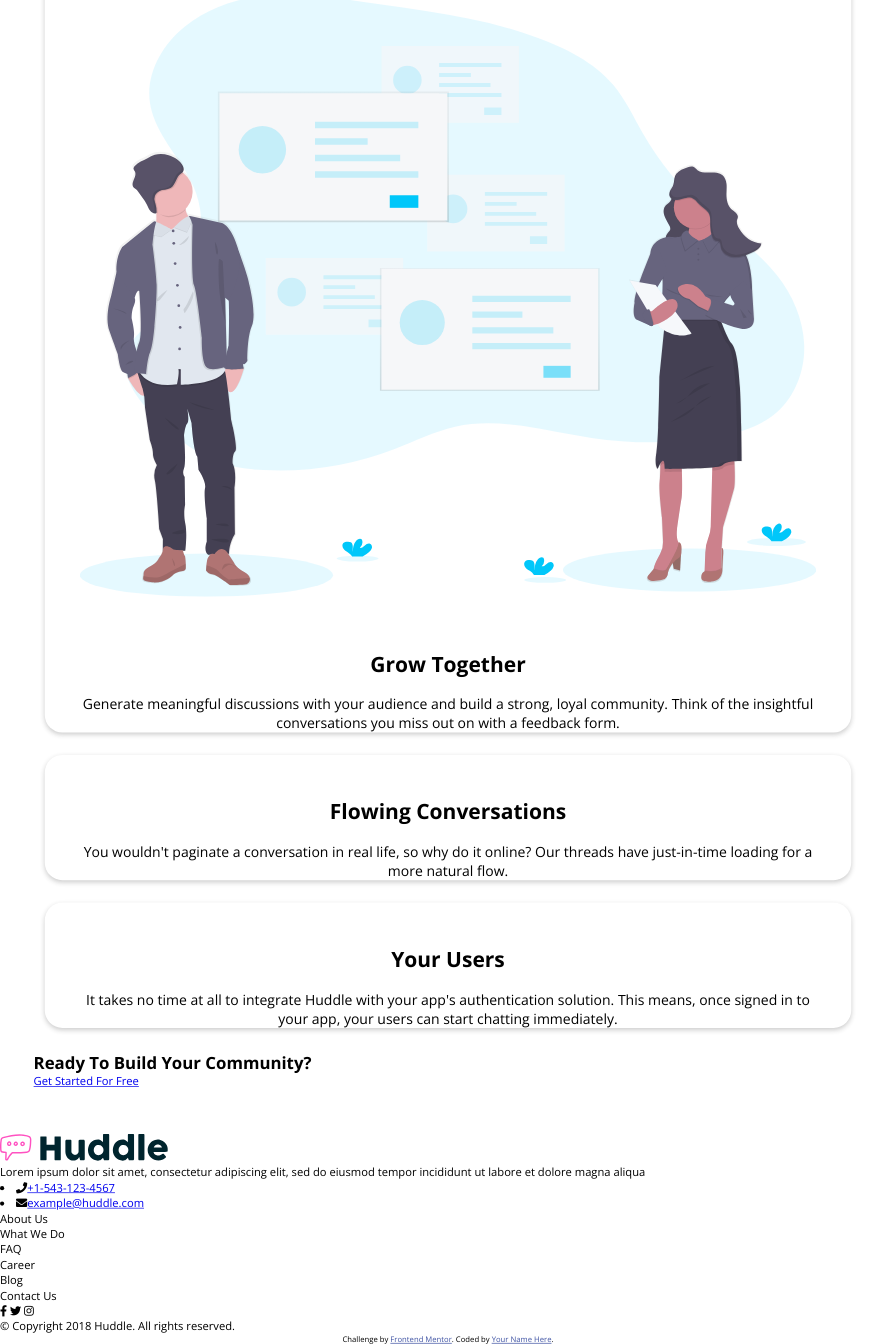
Repository: DejV44/Huddle-landing-page
Page: index.html
These files come from the project's save history. The page is drawn as it stood at one moment and after the next save; the edit follows.
The browser window is 1280 px wide. The pictures show the part of the page from y = 1569 to 3489 px (the page is 3489 px tall), at 70% of full size.
The style sheet was rebuilt from its Sass, Less or Tailwind sources for each picture, by a compiler version that may differ from the author's.

Above is the page before, as saved 2021-08-15 22:29:15.

### index.html
<!DOCTYPE html>
<html lang="en">
<head>
  <meta charset="UTF-8">
  <meta name="viewport" content="width=device-width, initial-scale=1.0"> <!-- displays site properly based on user's device -->
  <link rel="stylesheet" href="/css/style.css">
  <link rel="stylesheet" href="/fontawesome-free-5.15.3-web/css/all.css">
  <link rel="icon" type="image/png" sizes="32x32" href="./images/favicon-32x32.png">

  <title>Frontend Mentor | Huddle landing page with alternating feature blocks</title>

</head>
<body>
  <header>
    <div class="nav">
      <div class="logo">
        <img src="/images/logo.svg" alt="logo">
      </div>
      <a href="#">Try It Free</a>
    </div>
    <content class="main">
      <article class="building">
        <h1>Build The Community Your Fans Will Love</h1>
        <h3> Huddle re-imagines the way we build communities. You have a voice, but so does your audience.
        Create connections with your users as you engage in genuine discussion.</h3>
        <a class="main-btn" href="#">Get Started For Free</a>
      </article>
      <div class="img-main">
        <img class="img" src="/images/illustration-mockups.svg" alt="">
      </div>
    </content>

  </header>
  <section class="cards">
    <div class="card-one">
      <div class="img-cards">
        <img src="/images/illustration-grow-together.svg" alt="">
      </div>
      <content class="card">
        <h2>Grow Together</h2>
        <p>Generate meaningful discussions with your audience and build a strong, loyal community.
        Think of the insightful conversations you miss out on with a feedback form.</p>
      </content>
    </div>
    <div class="card-two">
      <div class="img-cards"></div>
      <content class="card">
        <h2>Flowing Conversations</h2>
        <p>You wouldn't paginate a conversation in real life, so why do it online? Our threads
        have just-in-time loading for a more natural flow.</p>
      </content>
    </div>
    <div class="card-three">
      <div class="img-cards"></div>
      <content class="card">
        <h2>Your Users</h2>
        <p>It takes no time at all to integrate Huddle with your app's authentication solution.
        This means, once signed in to your app, your users can start chatting immediately.</p>
      </content>
    </div>
    <container class="ready">
      <h2>Ready To Build Your Community?</h2>
      <a href="#">Get Started For Free</a>
    </div>
  </section>
  <foother>
    <container class="foother">
      <div class="section1">
        <img src="/images/logo.svg" alt="logo">
        <p>Lorem ipsum dolor sit amet, consectetur adipiscing elit, sed do eiusmod tempor
        incididunt ut labore et dolore magna aliqua</p>
        <li><i class="fa fa-phone" aria-hidden="true"></i><a href="tel:+1-543-123-4567">+1-543-123-4567</a></li>
        <li><i class="fa fa-envelope" aria-hidden="true"></i><a href="example@huddle.com">example@huddle.com</a></li>
      </div>
      <div class="section2">
        <ul>
          <li>About Us</li>
          <li>What We Do</li>
          <li>FAQ</li>
        </ul>
      </div>
      <div class="section3">
        <ul>
          <li>Career</li>
          <li>Blog</li>
          <li>Contact Us</li>
        </ul>
      </div>
      <div class="copyright">
        <div class="social">
          <span><i class="fab fa-facebook-f"></i></span>
          <span><i class="fab fa-twitter"></i></span>
          <span><i class="fab fa-instagram"></i></span>
        </div>
        <p>&copy; Copyright 2018 Huddle. All rights reserved.</p>
      </div>
    </container>
  </foother>













  <footer>
    <p class="attribution">
      Challenge by <a href="https://www.frontendmentor.io?ref=challenge" target="_blank">Frontend Mentor</a>.
      Coded by <a href="#">Your Name Here</a>.
    </p>
  </footer>
</body>
</html>

### css/style.scss
* {
    margin: 0;
    padding: 0;
    //font-family: 'Poppins', sans-serif;
}

body {
    font-family: 'Open Sans', sans-serif;
}

// ---FONTS---
@import url('https://fonts.googleapis.com/css2?family=Open+Sans:wght@400;700&display=swap');
@import url('https://fonts.googleapis.com/css2?family=Poppins:wght@600&display=swap');

@import "variables";
@import "mixin";

@import "cards";
@import "header";
@import "footer";

### css/_variables.scss
$Pink: hsl(322, 100%, 66%);
$VeryPaleCyan: hsl(193, 100%, 96%);
$VeryDarkCyan: hsl(192, 100%, 9%);
$GrayishBlue: hsl(208, 11%, 55%);

### css/_mixin.scss
@mixin cards {
    margin: 2rem 1rem;
    text-align: center;
    box-shadow: rgba(39, 39, 39, 0.24) 0px 3px 8px;
    border-radius: 25px;

    .card {
        display: block;
        margin: 0rem 3rem;
        h2 {
            padding-bottom: 1.5rem;
            font-size: 30px;
        }
        p {
            font-size: 20px;
        }
    }
    .img-cards {
        padding: 30px 50px;


            img {
                width: 100%;
                margin-bottom: 40px;
            }
    }
}

### css/_cards.scss
.cards {
    padding: 4rem 3rem;
    margin: 0 auto;

    .card-one, .card-two, .card-three {
        @include cards;
    }

}

### css/_header.scss
header {
    background: url(/images/bg-hero-mobile.svg);
    background-color: rgb(241, 241, 255);
    background-size: contain;
    background-position: center;
    background-repeat: no-repeat;
    text-align: center;

    .nav {
        display: flex;
        justify-content: space-between;
        padding: 2rem 1.6rem;


        img {
            width: 130px;
        }

        a {
            text-decoration: none;
            font-size: 13px;
            font-weight: 600;
            margin-top: -4px;
            padding: 0.3rem 1.7rem;
            background-color: white;
            border-radius: 25px;
            box-shadow: rgba(39, 39, 39, 0.24) 0px 3px 8px;
        }

    }
    .main {

        margin: 0 auto;

        .building {
            margin: 4rem 3rem;



            h1 {
                margin: 0 1.5rem;
                font-size: 35px;
            }

            h3 {
                font-weight: 400;
                font-size: 23px;
                margin: 2rem 0;
                line-height: 35px;
            }

            .main-btn {

                display: block;
                text-decoration: none;
                font-weight: 600;
                font-size: 17px;
                margin: 4rem auto;
                padding: 1rem 0;
                max-width: 350px;
                border-radius: 30px;
                background: $Pink;
                color: white;
                box-shadow: rgba(39, 39, 39, 0.24) 0px 3px 8px;
            }

        }
        .img-main {
            padding: 30px 50px;

            .img {
                width: 100%;
                margin-bottom: 40px;
            }
        }
    }


}

### css/_footer.scss





.attribution {
    font-size: 11px; text-align: center;
}
.attribution a {
    color: hsl(228, 45%, 44%);
}

Loaded but not shown: fontawesome-free-5.15.3-web/css/all.css (library)

After the next save:
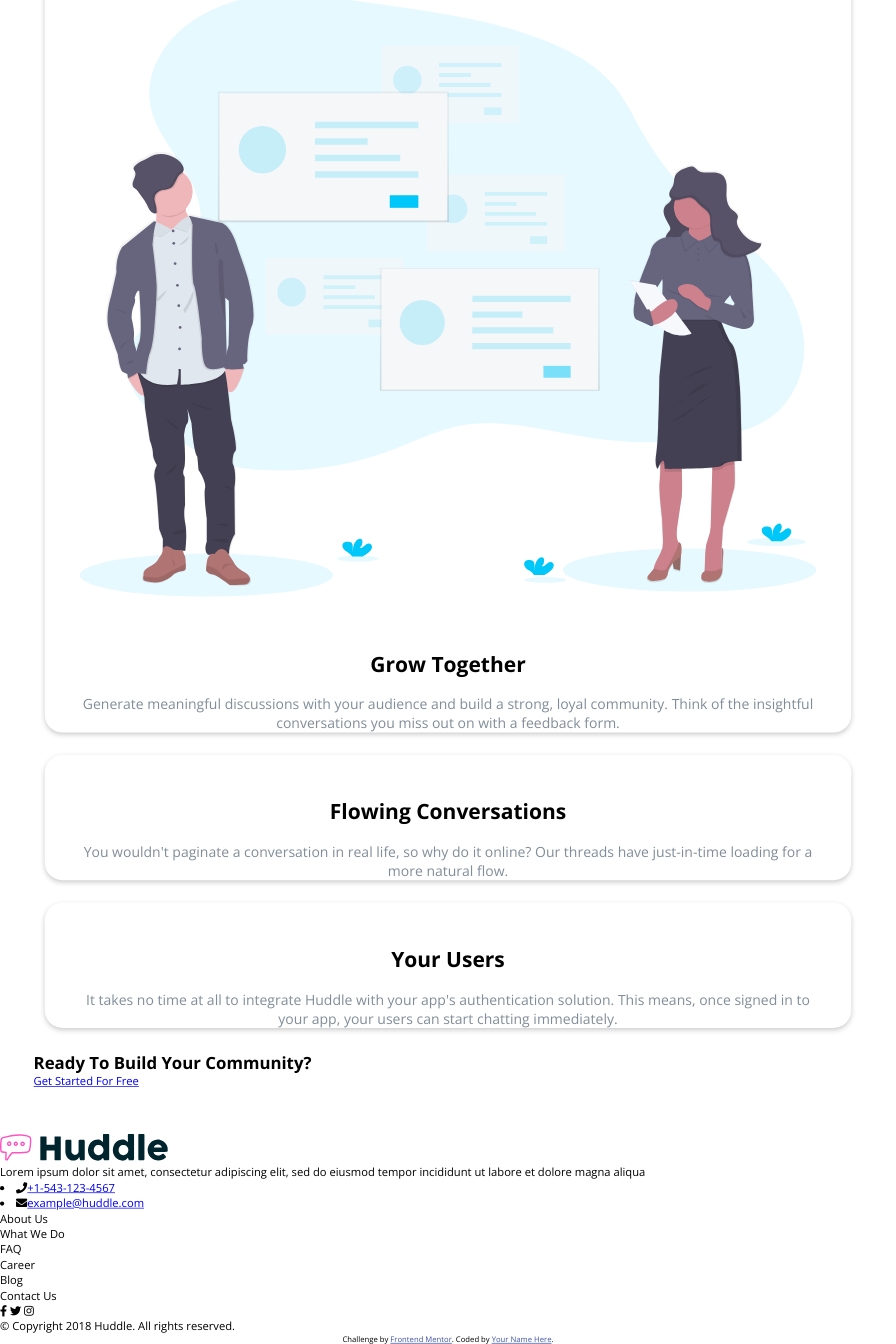
Saved 20 s later.
--- a/css/_mixin.scss
+++ b/css/_mixin.scss
@@ -13,6 +13,7 @@
         }
         p {
             font-size: 20px;
+            color: $GrayishBlue;
         }
     }
     .img-cards {
